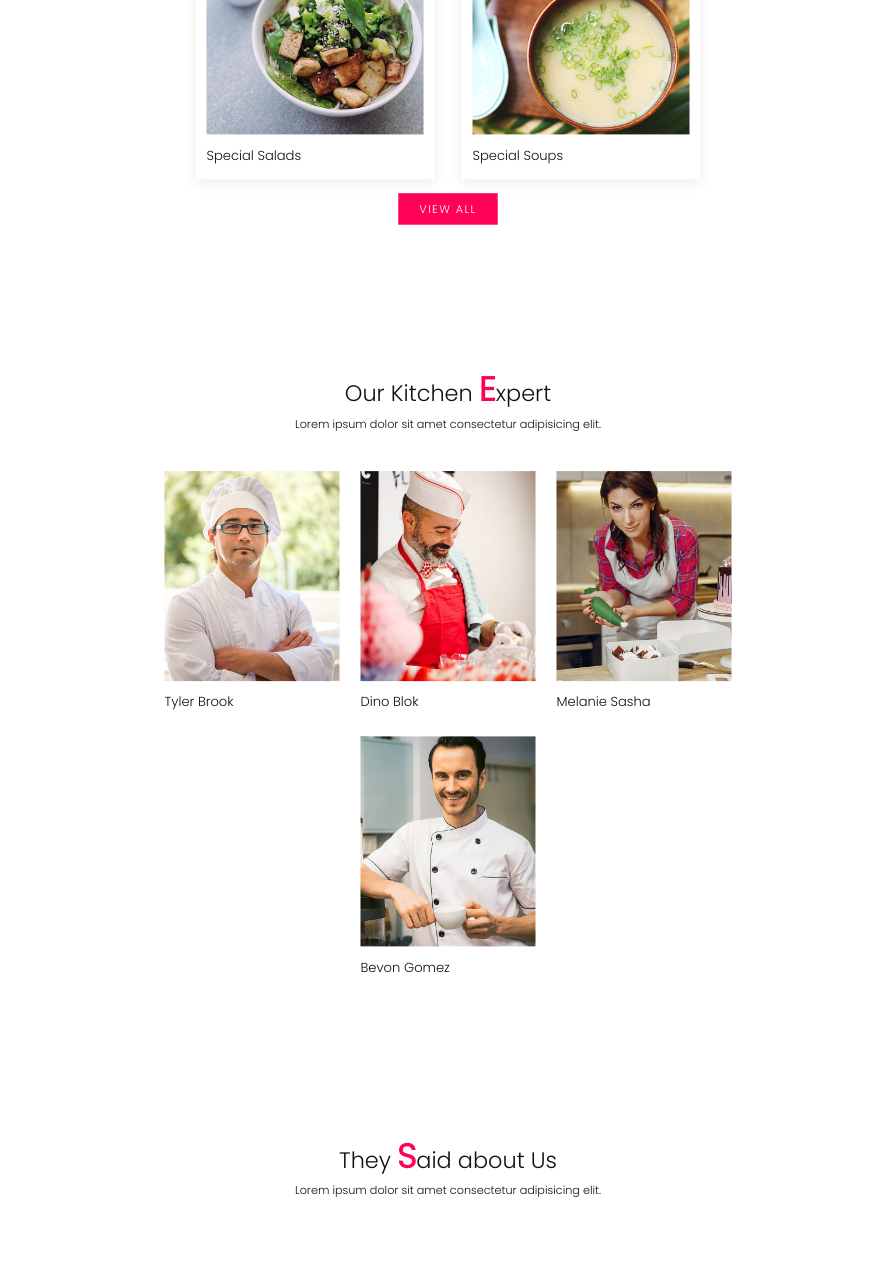
Repository: Adriandias1997/MobileFriendly_FoodWebsite
Page: index.html
These files come from the project's save history. The page is drawn as it stood at one moment and after the next save; the edit follows.
The browser window is 1280 px wide. The pictures show the part of the page from y = 2510 to 4430 px (the page is 4323 px tall before and 4430 px after), at 70% of full size.

Above is the page before, as saved 2020-10-16 17:12:29.

### index.html
<!DOCTYPE html>
<html lang="en">

<head>
    <meta charset="UTF-8">
    <meta name="viewport" content="width=device-width, initial-scale=1.0">
    <title>Food</title>
    <link rel="stylesheet" href="style.css">
</head>

<body>
    <header>
        <a href="#" class="logo">Food <span>Corner</span></a>
        <ul class="navigation">
            <li><a href="#banner">Home</a></li>
            <li><a href="#about">About Us</a></li>
            <li><a href="#menu">Menu</a></li>
            <li><a href="#expert">Expert</a></li>
            <li><a href="#testimonials">Testimonials</a></li>
            <li><a href="#contact">Contact</a></li>
        </ul>

    </header>
    <section class="banner" id="banner">
        <div class="content">
            <h2>Always choose Good</h2>
            <p>Lorem ipsum dolor sit amet consectetur adipisicing elit. Ipsam delectus nisi hic deserunt at, ex harum sit. Quos quaerat ut expedita velit. Commodi accusamus non debitis error sint at perspiciatis.</p>

            <a href="#" class="btn">Our Menu</a>
        </div>
    </section>

    <section class="about" id="about">
        <div class="row">
            <div class="col50">
                <h2 class="titleText"><span>A</span>bout Us</h2>
                <p>Lorem ipsum dolor sit amet consectetur adipisicing elit. Dolorum vero quam, at fuga facilis maiores consequatur! Quibusdam possimus debitis sed alias, provident fuga voluptatem, tempora eligendi aliquid quaerat laudantium repellat. Lorem
                    ipsum dolor sit amet consectetur adipisicing elit. Dolorum vero quam, at fuga facilis maiores consequatur! Quibusdam possimus debitis sed alias, provident fuga voluptatem, tempora eligendi aliquid quaerat laudantium repellat. Lorem
                    ipsum dolor sit amet consectetur adipisicing elit. Dolorum vero quam, at fuga facilis maiores consequatur! Quibusdam possimus debitis sed alias, provident fuga voluptatem, tempora eligendi aliquid quaerat laudantium repellat.
                </p>
            </div>
            <div class="col50">
                <div class="imgBx">
                    <img src="./Images/img1.jpg" alt="">
                </div>
            </div>
        </div>
    </section>

    <section class="menu" id="menu">
        <div class="title">
            <h2 class="titleText">Our <span>M</span>enu</h2>
            <p>Lorem ipsum dolor sit amet consectetur adipisicing elit.
            </p>
        </div>
        <div class="content">
            <div class="box">
                <div class="imgBx">
                    <img src="Images/menu1.jpg" alt="">
                </div>
                <div class="text">
                    <h3>Special Salads</h3>
                </div>
            </div>
            <div class="box">
                <div class="imgBx">
                    <img src="Images/menu2.jpg" alt="">
                </div>
                <div class="text">
                    <h3>Special Soups</h3>
                </div>
            </div>
            <div class="box">
                <div class="imgBx">
                    <img src="Images/menu3.jpg" alt="">
                </div>
                <div class="text">
                    <h3>Special Pasta</h3>
                </div>
            </div>
            <div class="box">
                <div class="imgBx">
                    <img src="Images/menu4.jpg" alt="">
                </div>
                <div class="text">
                    <h3>Special Salads</h3>
                </div>
            </div>
            <div class="box">
                <div class="imgBx">
                    <img src="Images/menu5.jpg" alt="">
                </div>
                <div class="text">
                    <h3>Special Soups</h3>
                </div>
            </div>
            <div class="box">
                <div class="imgBx">
                    <img src="Images/menu6.jpg" alt="">
                </div>
                <div class="text">
                    <h3>Special Salads</h3>
                </div>
            </div>
        </div>
        <div class="title">
            <a href="#" class="btn">
                View All
            </a>
        </div>
    </section>
    <section class="expert" id="expert">
        <div class="title">
            <h2 class="titleText">Our Kitchen <span>E</span>xpert</h2>
            <p>Lorem ipsum dolor sit amet consectetur adipisicing elit.
            </p>
        </div>
        <div class="content">
            <div class="box">
                <div class="imgBx">
                    <img src="Images/expert1.jpg" alt="">
                </div>
                <div class="text">
                    <h3>Tyler Brook</h3>
                </div>
            </div>
            <div class="box">
                <div class="imgBx">
                    <img src="Images/expert2.jpg" alt="">
                </div>
                <div class="text">
                    <h3>Dino Blok</h3>
                </div>
            </div>
            <div class="box">
                <div class="imgBx">
                    <img src="Images/expert3.jpg" alt="">
                </div>
                <div class="text">
                    <h3>Melanie Sasha</h3>
                </div>
            </div>
            <div class="box">
                <div class="imgBx">
                    <img src="Images/expert4.jpg" alt="">
                </div>
                <div class="text">
                    <h3>Bevon Gomez</h3>
                </div>
            </div>
        </div>
    </section>

    <section class="testimonials" id="testimonials">
        <div class="title white">
            <h2 class="titleText">They <span>S</span>aid about Us</h2>
            <p>Lorem ipsum dolor sit amet consectetur adipisicing elit.
            </p>
        </div>
        <div class="content">
            <div class="box">

                <div class="imgBx">

                </div>
            </div>
        </div>
    </section>
    <script src="index.js"></script>
</body>

</html>

### style.css
        @import url("https://fonts.googleapis.com/css2?family=Poppins:wght@300&display=swap");
        * {
            margin: 0;
            padding: 0;
            box-sizing: border-box;
            font-family: "Poppins", sans-serif;
            scroll-behavior: smooth;
        }

        p {
            font-weight: 300;
            color: #111;
        }
        /* body {
    min-height: 1000px;
} */

        .banner {
            position: relative;
            width: 100%;
            min-height: 100vh;
            display: flex;
            justify-content: center;
            align-items: center;
            background: url(./Images/bg.jpg);
            background-size: cover;
        }

        .banner .content {
            max-width: 900px;
            text-align: center;
        }

        .banner .content h2 {
            font-size: 5em;
            color: #fff;
        }

        .banner .content p {
            font-size: 1em;
            color: #fff;
        }

        .btn {
            font-size: 1em;
            color: #fff;
            background: #ff0157;
            display: inline-block;
            padding: 10px 30px;
            text-transform: uppercase;
            text-decoration: none;
            letter-spacing: 2px;
            transition: 0.5s;
        }

        .btn:hover {
            background-color: #fff;
            color: #ff0157;
            letter-spacing: 6px;
        }

        header {
            position: fixed;
            top: 0;
            left: 0;
            width: 100%;
            padding: 40px 100px;
            z-index: 10000;
            display: flex;
            justify-content: space-between;
            align-items: center;
            transition: 0.5s;
        }

        header.sticky {
            background: #fff;
            padding: 10px 100px;
            box-shadow: 0 5px 20px rgba(0, 0, 0, 0.05);
        }

        header .logo {
            color: #fff;
            font-weight: 700;
            text-decoration: none;
            font-size: 2em;
        }

        header.sticky .logo {
            color: #111;
        }

        header .logo span {
            color: #ff0157;
        }

        header .navigation {
            position: relative;
            display: flex;
        }

        header .navigation li {
            list-style: none;
            margin-left: 30px;
        }

        header .navigation li a {
            text-decoration: none;
            color: #fff;
            font-weight: 300;
        }

        header.sticky .navigation li a {
            color: #111;
            font-weight: 300;
        }

        header .navigation li a:hover {
            color: #ff0157;
        }

        section {
            padding: 100px;
        }

        .row {
            position: relative;
            width: 100%;
            display: flex;
            justify-content: space-between;
        }

        .row .col50 {
            position: relative;
            width: 48%;
        }

        .titleText {
            color: #111;
            font-size: 2em;
            font-weight: 400;
        }

        .titleText span {
            color: #ff0157;
            font-size: 1.5em;
            font-weight: 700;
        }

        .row .col50 .imgBx {
            position: relative;
            width: 100%;
            height: 100%;
            /* min-height: 300px; */
        }

        .row .col50 .imgBx img {
            position: relative;
            top: 0;
            left: 0;
            width: 100%;
            height: 100%;
            object-fit: cover;
        }

        .title {
            width: 100%;
            display: flex;
            justify-content: center;
            align-items: center;
            flex-direction: column;
        }

        .menu .content {
            display: flex;
            justify-content: center;
            flex-direction: row-reverse;
            flex-wrap: wrap;
            margin-top: 40px;
        }

        .menu .content .box {
            width: 340px;
            margin: 20px;
            border: 15px solid #fff;
            box-shadow: 0 5px 20px rgba(0, 0, 0, 0.08);
        }

        .menu .content .box .imgBx {
            position: relative;
            width: 100%;
            height: 300px;
        }

        .menu .content .box .imgBx img {
            position: absolute;
            top: 0;
            left: 0;
            width: 100%;
            height: 100%;
            object-fit: cover;
        }

        .menu .content .box .text {
            padding: 15px 0 5px;
        }

        .menu .content .box .text h3 {
            font-weight: 400;
            color: #111;
        }

        .expert .content {
            display: flex;
            justify-content: center;
            align-items: center;
            flex-wrap: wrap;
            flex-direction: row;
            margin-top: 40px;
        }

        .expert .content .box {
            width: 250px;
            margin: 15px;
        }

        .expert .content .box .imgBx {
            position: relative;
            width: 100%;
            height: 300px;
        }

        .expert .content .box .imgBx img {
            position: absolute;
            top: 0;
            left: 0;
            width: 100%;
            height: 100%;
            object-fit: cover;
        }

        .expert .content .box .text {
            padding: 15px 0 5px;
        }

        .expert .content .box .text h3 {
            font-weight: 400;
            color: #111;
        }

### index.js
window.addEventListener('scroll', function() {
    const header = document.querySelector('header');
    header.classList.toggle('sticky', window.scrollY > 0);
});

After the next save:
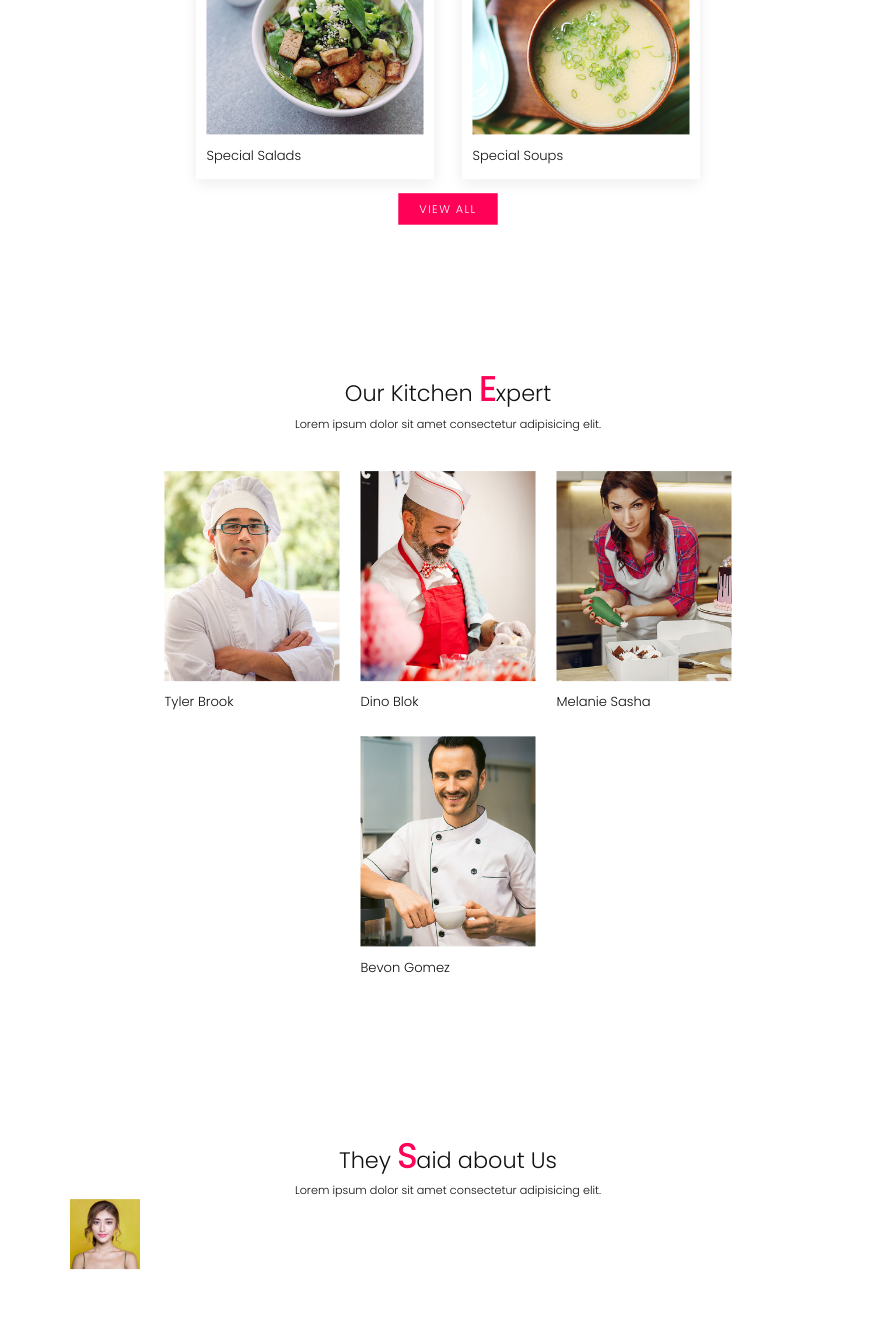
Saved 15 s later.
--- a/index.html
+++ b/index.html
@@ -161,7 +161,7 @@
             <div class="box">
 
                 <div class="imgBx">
-
+                    <img src="Images/testi1.jpg" alt="">
                 </div>
             </div>
         </div>
